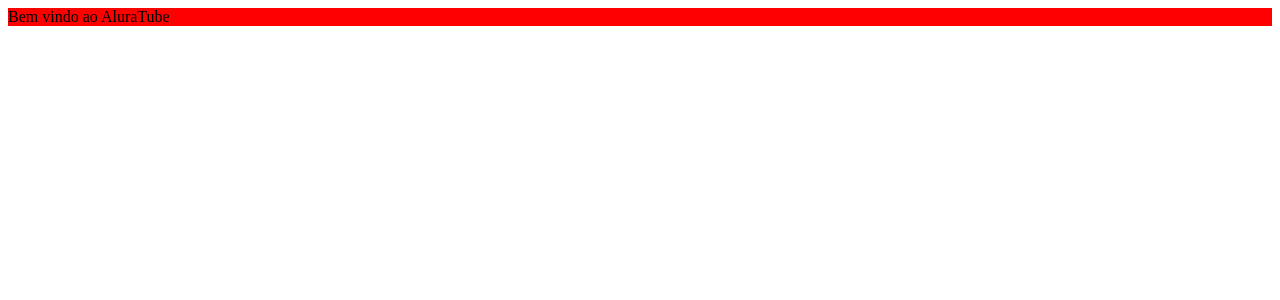
Repository: ClaytonEduard/imersaoaluratube
Page: /
The author's editor kept a copy of each file at every save. The page is drawn from the files as they stood at one save, then again after a run of saves.
The browser window is 1280 px wide. The pictures show the whole page.
The project was rebuilt for these pictures with package versions that can differ from the ones it lists, and the page was loaded fresh each time. The framework's server and built-in components were replaced by stand-ins that run in the browser.

Above is the page before, as saved 2022-11-10 22:39:45.

After the next 2 saves:
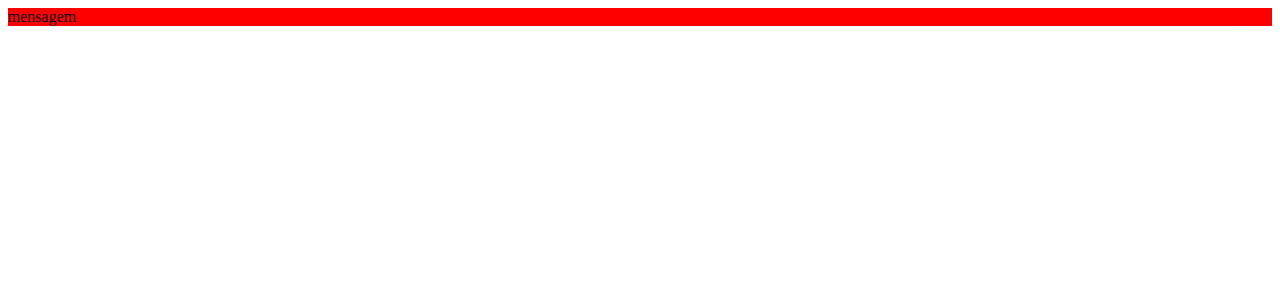
The 2 saves are shown as one change because 1 did not build or start.
The last was saved 4 min 35 s later.
--- a/pages/index.js
+++ b/pages/index.js
@@ -1,25 +1,21 @@
-function HomePage() {
-    const estiloHomePage = {
-        backgroundColor: "red"
-    }
-    return (<
-        div style={
-            estiloHomePage
-        } > Bem vindo ao AluraTube < /div >
-        )
+function HomePage () {
+  const estiloHomePage = {
+    backgroundColor: 'red'
+  }
+  const mensagem = 'Bem vindo ao AluraTube'
+  return <div style={estiloHomePage}> mensagem </div>
 }
-        export default HomePage
+export default HomePage
 
-        function Menu() {
-    return ( < div > Menu < /div>)
-    }
+function Menu () {
+  return <div> Menu </div>
+}
 
-            function Header() {
-        return ( < div > Header < /div>)
-        }
-                function TimeLine() {
-        return ( < div > TimeLine < /div>)
-        }
+function Header () {
+  return <div> Header </div>
+}
+function TimeLine () {
+  return <div> TimeLine </div>
+}
 
-
-        // control + D para renomear dos
+// control + D para renomear dos
